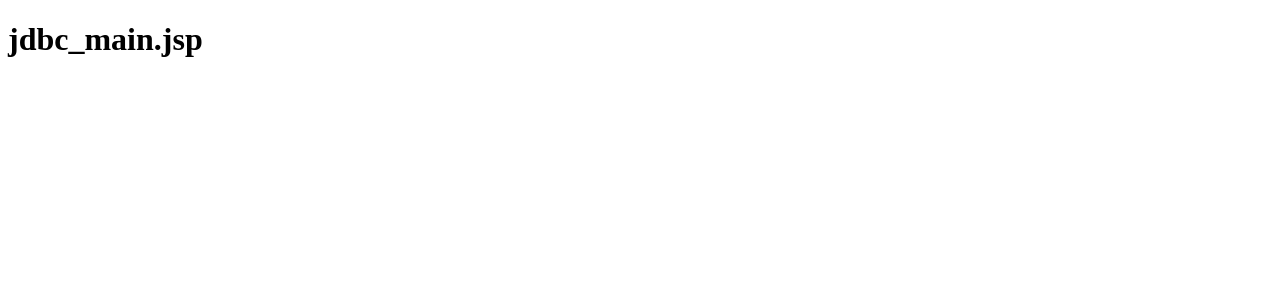
Repository: junesse-afk/ITJSP
Page: http://localhost/StudyJSP/jsp10_jdbc/jdbc_main.jsp
The author's editor kept a copy of each file at every save. The page is drawn from the files as they stood at one save, then again after the next save.
The browser window is 1280 px wide. The pictures show the whole page.
The page is served by Tomcat 10. Other server files are loaded and not shown.

Above is the page before, as saved 2024-11-27 02:32:55.

### workspace_jsp/StudyJSP/src/main/webapp/jsp10_jdbc/jdbc_main.jsp
<%@ page language="java" contentType="text/html; charset=UTF-8"
    pageEncoding="UTF-8"%>
<!DOCTYPE html>
<html>
<head>
<meta charset="UTF-8">
<title>Insert title here</title>
</head>
<body>

	<h1>jdbc_main.jsp</h1>
	<h3><a href="connect1.jdbc"></a></h3>

</body>
</html>

After the next save:
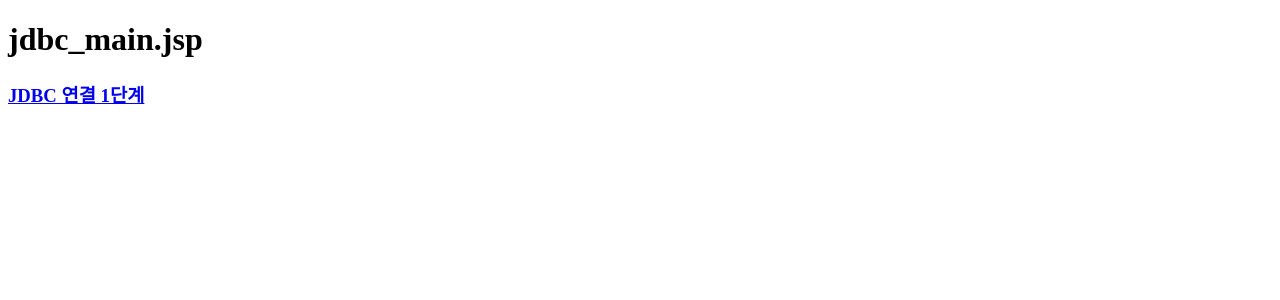
Saved 5 s later.
--- a/workspace_jsp/StudyJSP/src/main/webapp/jsp10_jdbc/jdbc_main.jsp
+++ b/workspace_jsp/StudyJSP/src/main/webapp/jsp10_jdbc/jdbc_main.jsp
@@ -9,7 +9,7 @@
 <body>
 
 	<h1>jdbc_main.jsp</h1>
-	<h3><a href="connect1.jdbc"></a></h3>
+	<h3><a href="connect1.jdbc">JDBC 연결 1단계</a></h3>
 
 </body>
 </html>
